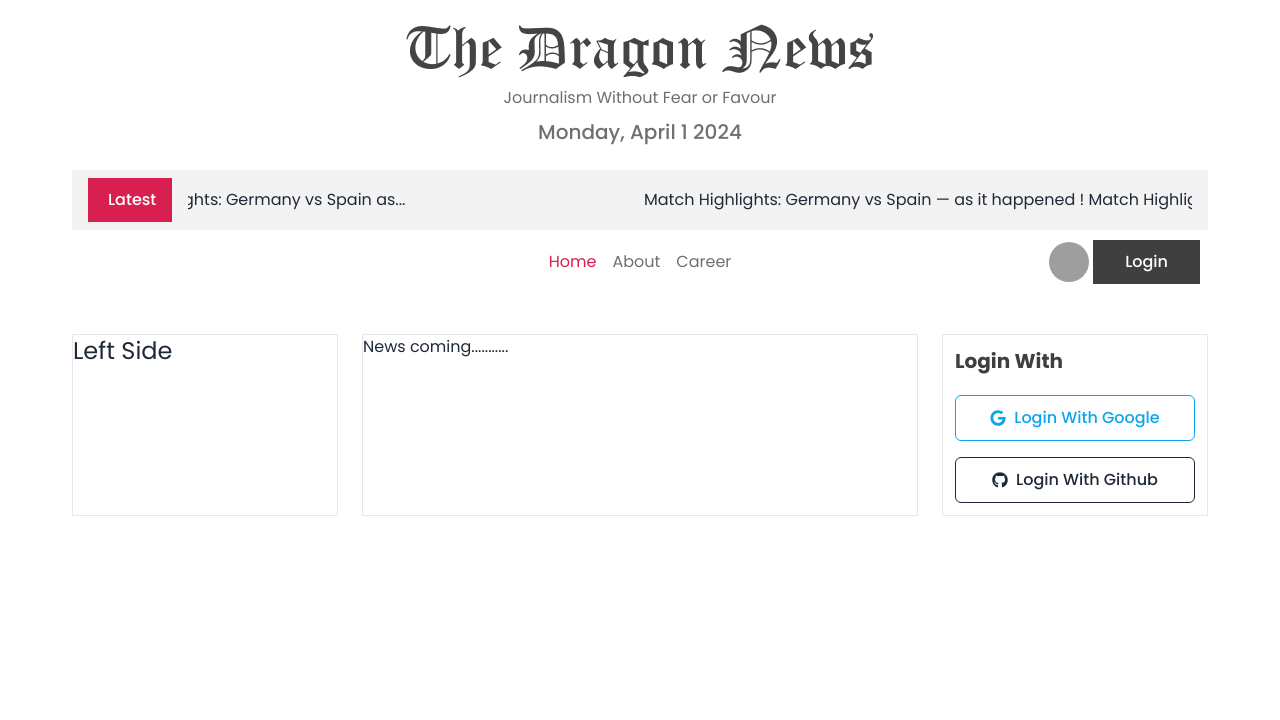
Repository: ShouravAhammed/react-dragon-news-auth
Page: /
An editor plug-in stored every save of this project. The page is shown before and after the next save, followed by the edit.
The browser window is 1280 px wide. The pictures show the whole page.
Pictures or frames that could not be fetched are drawn as grey boxes. The project was rebuilt for these pictures with package versions that can differ from the ones it lists, and the page was loaded fresh each time. Also part of the build but not shown: vite.config.js, src/pages/About/About.jsx, src/pages/Career/Career.jsx.

Above is the page before, as saved 2024-04-13 04:43:41.

### src/main.jsx
import React from 'react'
import ReactDOM from 'react-dom/client'
import './index.css'
import { RouterProvider } from 'react-router-dom'
import router from './Routes/Routes.jsx'

ReactDOM.createRoot(document.getElementById('root')).render(
  <React.StrictMode>
    <RouterProvider router={router}/>
  </React.StrictMode>,
)

### src/Routes/Routes.jsx
import Root from "../layout/Root";

import {
    createBrowserRouter,
  } from "react-router-dom";
import Home from "../pages/Home/Home";
import About from "../pages/About/About";
import Career from "../pages/Career/Career";

const router = createBrowserRouter([
    {
        path: '/',
        element: <Root></Root>,
        children: [
            {

                path: '/',
                element: <Home></Home>,
            },
            {

                path: '/about',
                element: <About></About>,
            },
            {

                path: '/career',
                element: <Career></Career>,
            },

        ]
    }
])

export default router;

### src/layout/Root.jsx
import { Outlet } from "react-router-dom";


const Root = () => {
    return (
        <div className="max-w-6xl mx-auto font-poppins px-2">
            <Outlet></Outlet>
        </div>
    );
};

export default Root;

### src/pages/Home/Home.jsx
import BreakingNews from "../BreakingNews/BreakingNews";
import Header from "../Shared/Header/Header";
import LeftSideNav from "../Shared/LeftSideNav/LeftSideNav";
import Navbar from "../Shared/Navbar/Navbar";
import RightSideNav from "../Shared/RIghtSideNav/RightSideNav";


const Home = () => {
    return (
        <div>
            <Header></Header>
            <BreakingNews></BreakingNews>
            <Navbar></Navbar>
            <div className="grid grid-cols-1 md:grid-cols-4 gap-6 my-10">
                <div className="col-span-1 border">
                    <LeftSideNav></LeftSideNav>
                </div>
                <div className="col-span-2 border">News coming...........</div>
                <div className="col-span-1 border">
                    <RightSideNav></RightSideNav>
                </div>
            </div>
        </div>
    );
};

export default Home;

### src/pages/BreakingNews/BreakingNews.jsx
import Marquee from "react-fast-marquee";
import { Link } from "react-router-dom";

const BreakingNews = () => {
  return (
    <div className="flex items-center gap-4 px-4 py-2 bg-[#F3F3F3]">
      <Link
        to={"/"}
        className="px-5 py-2.5 relative group overflow-hidden font-medium bg-[#D72050] text-white inline-block"
      >
        <span className="absolute top-0 left-0 flex w-full h-0 mb-0 transition-all duration-200 ease-out transform translate-y-0 bg-gray-50 group-hover:h-full"></span>
        <span className="relative group-hover:text-[#D72050]">Latest</span>
      </Link>
      <Marquee pauseOnHover={true} speed={100}>
        <p>
          Match Highlights: Germany vs Spain — as it happened ! Match
          Highlights: Germany vs Spain as...
        </p>
      </Marquee>
    </div>
  );
};

export default BreakingNews;

### src/pages/Shared/Header/Header.jsx

import moment from 'moment';
import logo from '../../../assets/logo.png'
const Header = () => {
    return (
        <div className=' space-y-2 text-center my-6'>
            <img className='mx-auto' src={logo} alt="" />
            <h3 className='text-[#18px] font-normal text-[#706F6F]'>Journalism Without Fear or Favour</h3>
            <p className='text-xl text-[#706F6F] font-medium'>{moment().format("dddd, MMMM D YYYY")}</p>
        </div>
    );
};

export default Header;

### src/pages/Shared/LeftSideNav/LeftSideNav.jsx

const LeftSideNav = () => {
    return (
        <div>
            <h3 className='text-2xl'>Left Side</h3>
        </div>
    );
};

export default LeftSideNav;

### src/pages/Shared/Navbar/Navbar.jsx
import { Link, NavLink } from "react-router-dom";
import DefaultUser from '../../../assets/user.png'

const Navbar = () => {

    const navLinks =
    <>
        <li><NavLink to={'/'} className={({isActive}) => isActive ? 'text-[#D72050]' : 'text-[#706F6F]'}>Home</NavLink></li>
        <li><NavLink to={'/about'} className={({isActive}) => isActive ? 'text-[#D72050]' : 'text-[#706F6F]'}>About</NavLink></li>
        <li><NavLink to={'/career'} className={({isActive}) => isActive ? 'text-[#D72050]' : 'text-[#706F6F]'}>Career</NavLink></li>
    </>

    return (
        <div>
            <div className="navbar">
  <div className="navbar-start">
    <div className="dropdown">
      <div tabIndex={0} role="button" className="btn btn-ghost lg:hidden">
        <svg xmlns="http://www.w3.org/2000/svg" className="h-5 w-5" fill="none" viewBox="0 0 24 24" stroke="currentColor"><path strokeLinecap="round" strokeLinejoin="round" strokeWidth="2" d="M4 6h16M4 12h8m-8 6h16" /></svg>
      </div>
      <ul tabIndex={0} className=" menu-sm dropdown-content mt-3 z-[1] p-2 shadow bg-base-100 rounded-box w-52 text-[#706F6F] font-normal text-[18px]">
        {navLinks}
      </ul>
    </div>
  </div>
  <div className="navbar-center hidden lg:flex">
    <ul className="flex justify-center items-center gap-4 menu-horizontal px-1">
      {navLinks}
    </ul>
  </div>
  <div className="navbar-end">
  <div tabIndex={0} role="button" className="btn btn-ghost btn-circle avatar">
        <div className="w-10 rounded-full">
          <img alt="Tailwind CSS Navbar component" src={DefaultUser} />
        </div>
      </div>

  <Link
        className="px-8 py-2.5 relative group overflow-hidden font-medium bg-[#403F3F] text-white inline-block"
      >
        <span className="absolute top-0 left-0 flex w-full h-0 mb-0 transition-all duration-200 ease-out transform translate-y-0 bg-gray-50 group-hover:h-full"></span>
        <span className="relative group-hover:text-[#403F3F]">Login</span>
      </Link>
  </div>
</div>
        </div>
    );
};

export default Navbar;

### src/pages/Shared/RIghtSideNav/RightSideNav.jsx
import BtnLogin from "../../../Components/btnLogin/BtnLogin";


const RightSideNav = () => {
    return (
        <div>
            <BtnLogin></BtnLogin>
        </div>
    );
};

export default RightSideNav;

### src/Components/btnLogin/BtnLogin.jsx
import { FaGithub, FaGoogle } from "react-icons/fa";


const BtnLogin = () => {
    return (
        <div className="p-3">
            <h3 className="text-xl font-bold text-[#403F3F]">Login With</h3>
            <div className="mt-5 space-y-4">
            <button
        className="w-full px-8 py-2.5 relative group overflow-hidden font-medium bg-white text-sky-500 inline-block border-sky-500 border rounded-md"
      >
        <span className="absolute top-0 left-0 flex w-full h-0 mb-0 transition-all duration-200 ease-out rounded-md transform translate-y-0 bg-sky-500 group-hover:h-full"></span>
        <div className="flex justify-center items-center gap-2">
        <span className="relative group-hover:text-white"><FaGoogle/></span>
        <span className="relative group-hover:text-white">Login With Google</span>
        </div>
      </button>
            <button
        className="w-full px-8 py-2.5 relative group overflow-hidden font-medium bg-white text-gray-800 inline-block border-gray-800 border rounded-md"
      >
        <span className="absolute top-0 left-0 flex w-full h-0 mb-0 transition-all duration-200 ease-out rounded-md transform translate-y-0 bg-gray-800 group-hover:h-full"></span>
        <div className="flex justify-center items-center gap-2">
        <span className="relative group-hover:text-white"><FaGithub /></span>
        <span className="relative group-hover:text-white">Login With Github</span>
        </div>
      </button>
            </div>
        </div>
    );
};

export default BtnLogin;

### tailwind.config.js
/** @type {import('tailwindcss').Config} */
export default {
  content: [
    "./index.html",
    "./src/**/*.{js,ts,jsx,tsx}",
  ],
  theme: {
    extend: {
      fontFamily: {
        poppins: '"Poppins", sans-serif;', // Adds a new `font-display` class
      }
    }
  },
  plugins: [require("daisyui")],
}

Loaded but not shown: index.html (common file); src/index.css (common file)

After the next save:
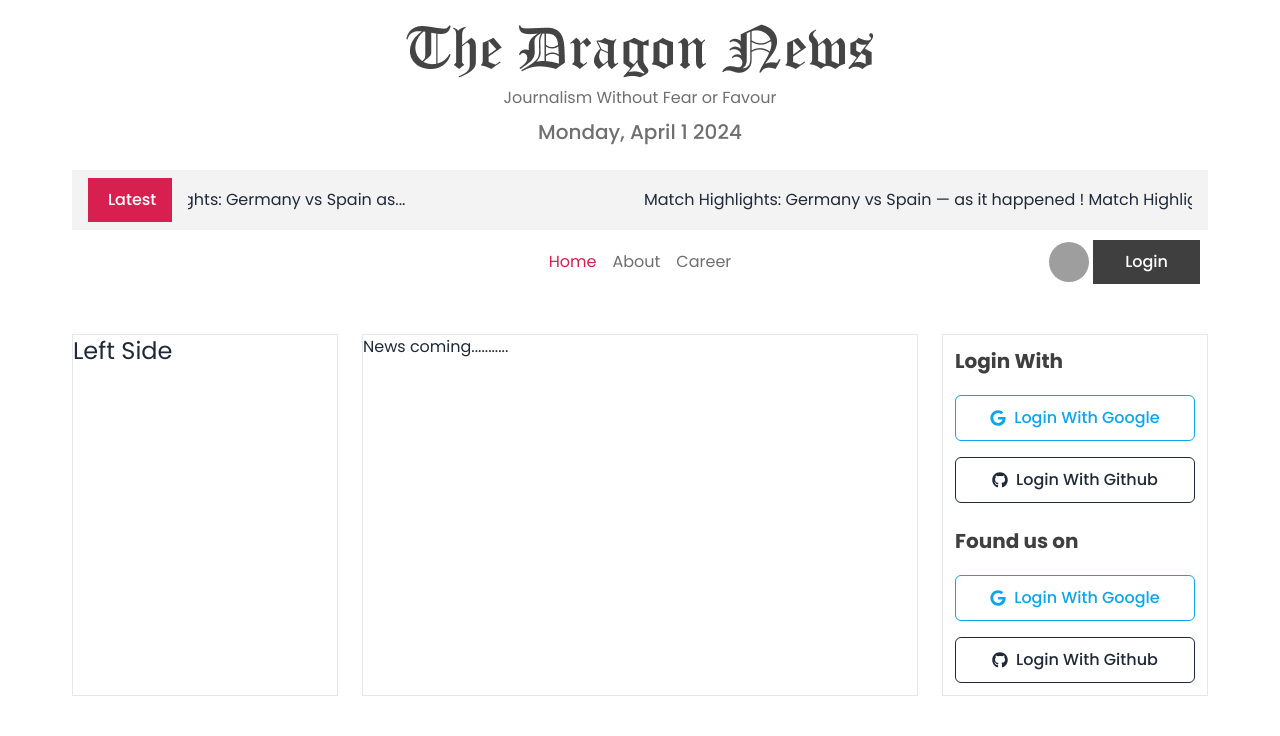
Saved 2 min 39 s later.
--- a/src/Components/btnLogin/BtnLogin.jsx
+++ b/src/Components/btnLogin/BtnLogin.jsx
@@ -3,7 +3,8 @@ import { FaGithub, FaGoogle } from "react-icons/fa";
 
 const BtnLogin = () => {
     return (
-        <div className="p-3">
+        <div>
+            <div className="p-3">
             <h3 className="text-xl font-bold text-[#403F3F]">Login With</h3>
             <div className="mt-5 space-y-4">
             <button
@@ -26,6 +27,30 @@ const BtnLogin = () => {
       </button>
             </div>
         </div>
+            <div className="p-3">
+            <h3 className="text-xl font-bold text-[#403F3F]">Found us on</h3>
+            <div className="mt-5 space-y-4">
+            <button
+        className="w-full px-8 py-2.5 relative group overflow-hidden font-medium bg-white text-sky-500 inline-block border-sky-500 border rounded-md"
+      >
+        <span className="absolute top-0 left-0 flex w-full h-0 mb-0 transition-all duration-200 ease-out rounded-md transform translate-y-0 bg-sky-500 group-hover:h-full"></span>
+        <div className="flex justify-center items-center gap-2">
+        <span className="relative group-hover:text-white"><FaGoogle/></span>
+        <span className="relative group-hover:text-white">Login With Google</span>
+        </div>
+      </button>
+            <button
+        className="w-full px-8 py-2.5 relative group overflow-hidden font-medium bg-white text-gray-800 inline-block border-gray-800 border rounded-md"
+      >
+        <span className="absolute top-0 left-0 flex w-full h-0 mb-0 transition-all duration-200 ease-out rounded-md transform translate-y-0 bg-gray-800 group-hover:h-full"></span>
+        <div className="flex justify-center items-center gap-2">
+        <span className="relative group-hover:text-white"><FaGithub /></span>
+        <span className="relative group-hover:text-white">Login With Github</span>
+        </div>
+      </button>
+            </div>
+        </div>
+        </div>
     );
 };
 
